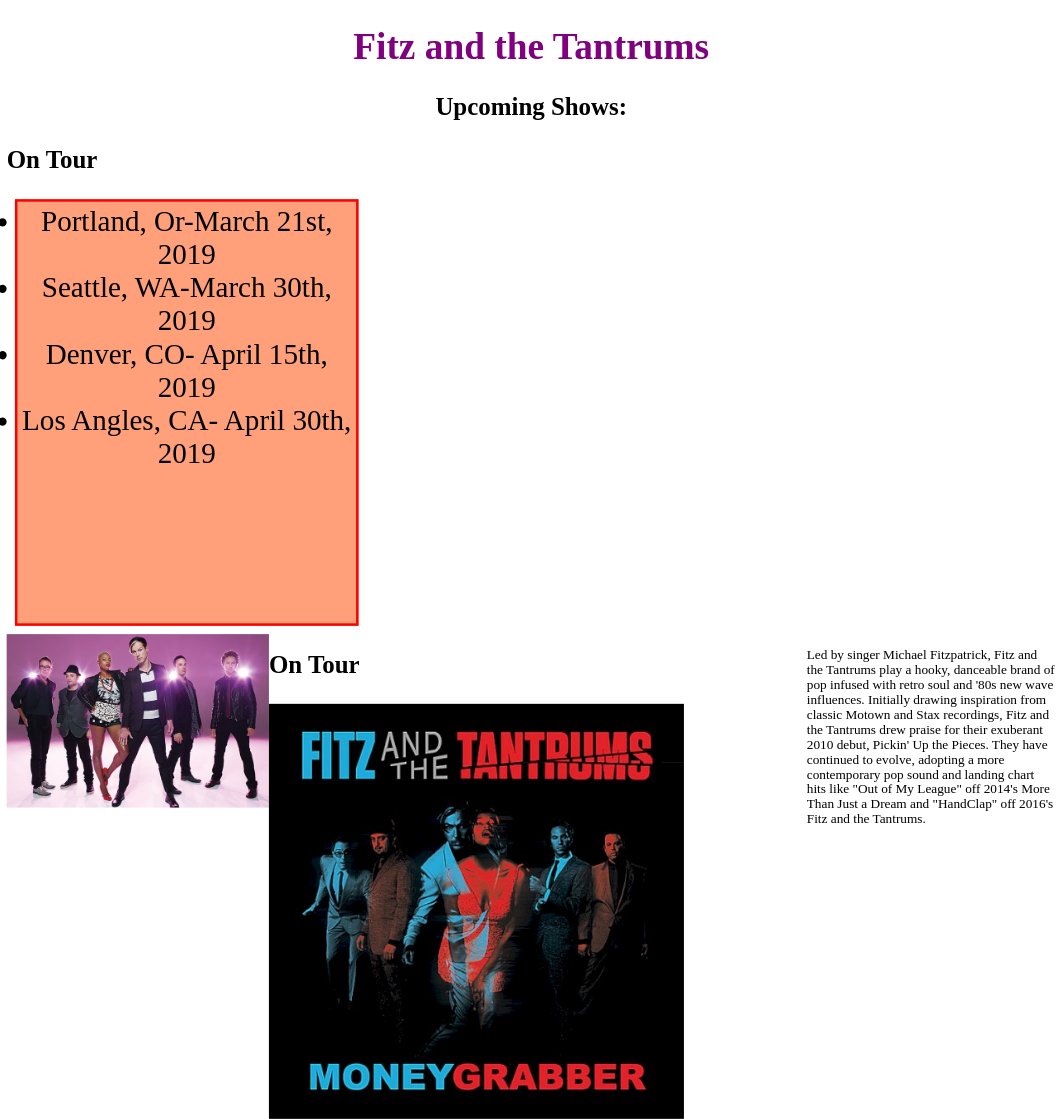
Repository: fieldceleste/Best-Vacation
Page: Desktop/favorite-band/favorite-band.html
The author's editor kept a copy of each file at every save. The page is drawn from the files as they stood at one save, then again after the next save.
The browser window is 1280 px wide. The pictures show the whole page, at 83% of full size.

Above is the page before, as saved 2019-10-28 18:54:25.

After the next save:
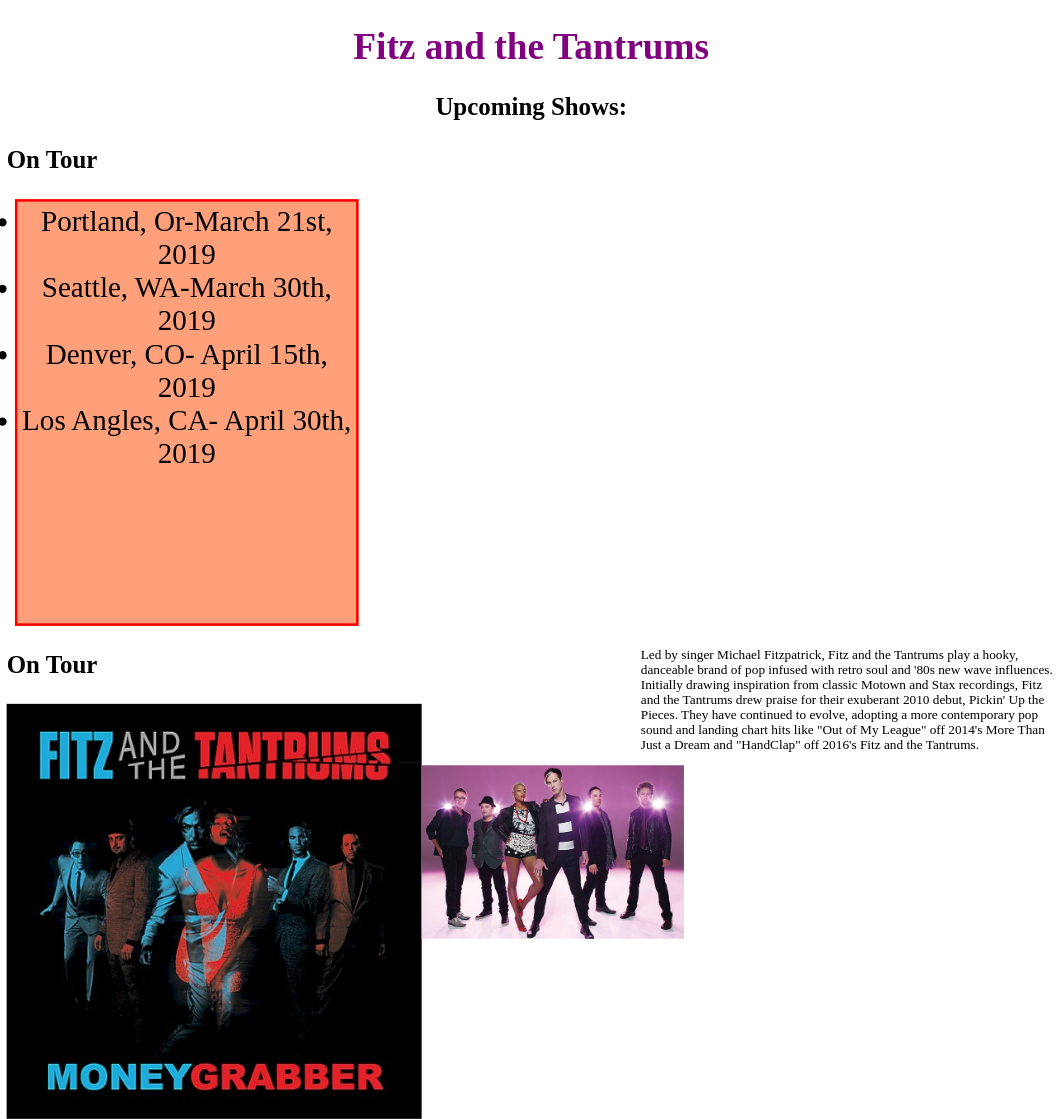
Saved 61 s later.
--- a/Desktop/favorite-band/favorite-band.html
+++ b/Desktop/favorite-band/favorite-band.html
@@ -16,12 +16,7 @@
                 <li>Los Angles, CA- April 30th, 2019</li>
             </ul>
         </div>
-
-
-
-
-        <img class="img" src="img/fitz.jpeg" alt="picture of fitz and the tantrums">
-       <p class="column">Led by singer Michael Fitzpatrick, Fitz and the Tantrums play a hooky, danceable
+        <p class="column">Led by singer Michael Fitzpatrick, Fitz and the Tantrums play a hooky, danceable
         brand of pop infused with retro soul and '80s new wave influences. Initially drawing
         inspiration from classic Motown and Stax recordings, Fitz and the Tantrums drew praise
         for their exuberant 2010 debut, Pickin' Up the Pieces. They have continued to evolve,
@@ -31,6 +26,7 @@
         <h3>On Tour</h3>
 
         <img class=".img" src="img/moneygrabber.jpeg" alt="picture of album cover">
+        <img class="img" src="img/fitz.jpeg" alt="picture of fitz and the tantrums">
         </p>
        </div>
        </body>
--- a/Desktop/favorite-band/css/styles.css
+++ b/Desktop/favorite-band/css/styles.css
@@ -28,7 +28,7 @@
 }
 
 .column {
-       width: 300px;
+       width: 500px;
        float:right;
 
 }
